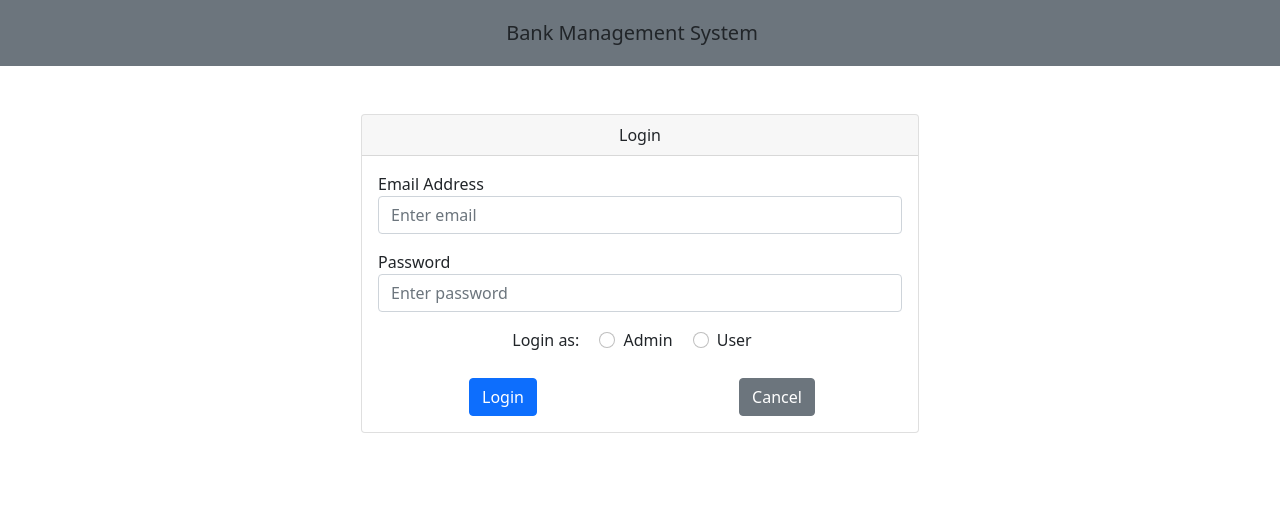
Repository: shivamaninalla/Bank-Application-JSP
Page: http://localhost/10-BankApplication/login.jsp
An editor plug-in stored every save of this project. The page is shown before and after the next save, followed by the edit.
The browser window is 1280 px wide. The pictures show the whole page.
The page is served by Tomcat 9.

Above is the page before, as saved 2024-07-20 18:23:39.

After the next save:
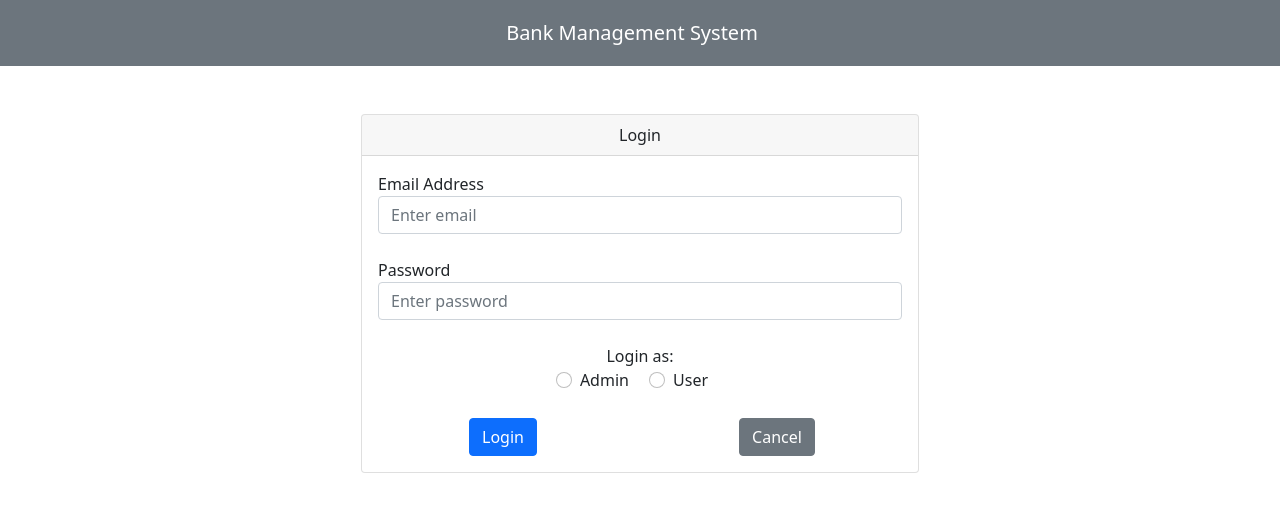
Saved 2 min 54 s later.
--- a/10-BankApplication/WebContent/login.jsp
+++ b/10-BankApplication/WebContent/login.jsp
@@ -14,7 +14,7 @@
 <body>
     <nav class="navbar bg-secondary">
         <div class="container-fluid d-flex justify-content-center align-items-center">
-            <h1 class="navbar-brand my-2">Bank Management System</h1>
+            <h1 class="navbar-brand my-2 text-white">Bank Management System</h1>
         </div>
     </nav>
     <div class="container">
@@ -22,17 +22,17 @@
             <div class="card-header text-center">Login</div>
             <div class="card-body">
                 <form action="login" method="post">
-                    <div class="form-group mb-3">
-                        <label>Email Address</label>
-                        <input type="email" class="form-control" name="login-email" placeholder="Enter email" required />
+                    <div class="form-group mb-4">
+                        <label for="email">Email Address</label>
+                        <input type="email" class="form-control" name="login-email" id="email" placeholder="Enter email" required />
                     </div>
-                    <div class="form-group mb-3">
-                        <label>Password</label>
-                        <input type="password" class="form-control" name="login-password" placeholder="Enter password" required />
+                    <div class="form-group mb-4">
+                        <label for="password">Password</label>
+                        <input type="password" class="form-control" name="login-password" id="password" placeholder="Enter password" required />
                     </div>
-                    <div class="form-group mb-3 text-center">
-                        <label>Login as:</label>
-                        <div class="form-check form-check-inline ms-3">
+                    <div class="form-group mb-4 text-center">
+                        <label class="d-block">Login as:</label>
+                        <div class="form-check form-check-inline">
                             <input class="form-check-input" type="radio" name="userRole" id="admin" value="Admin" required />
                             <label class="form-check-label" for="admin">Admin</label>
                         </div>
@@ -50,7 +50,7 @@
                         </div>
                     </div>
                     <c:if test="${param.error == 'true'}">
-                        <div class="alert alert-danger text-center mt-3">
+                        <div class="alert alert-danger text-center mt-4">
                             Invalid email or password. Please try again.
                         </div>
                     </c:if>
